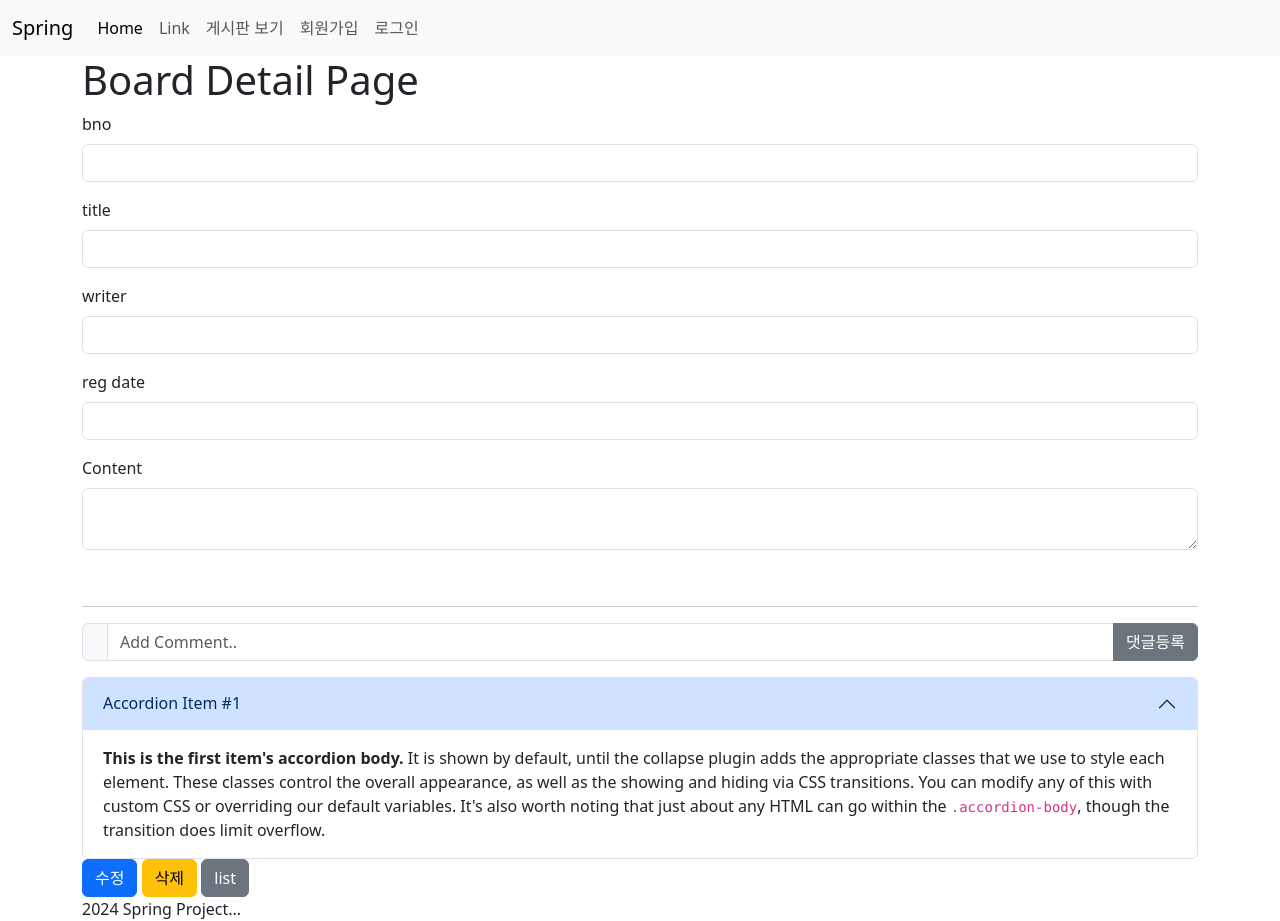
Repository: gajami-kim/240430_Spring_Study
Page: http://localhost/spring_study/WEB-INF/views/board/detail.jsp
These files come from the project's save history. The page is drawn as it stood at one moment and after the next save; the edit follows.
The browser window is 1280 px wide. The pictures show the whole page.
The page is served by Tomcat 9. Nobody is signed in. The template is opened directly, without the code that normally fills it, so the values that code supplies are empty.

Above is the page before, as saved 2024-04-26 02:47:42.

After the next save:
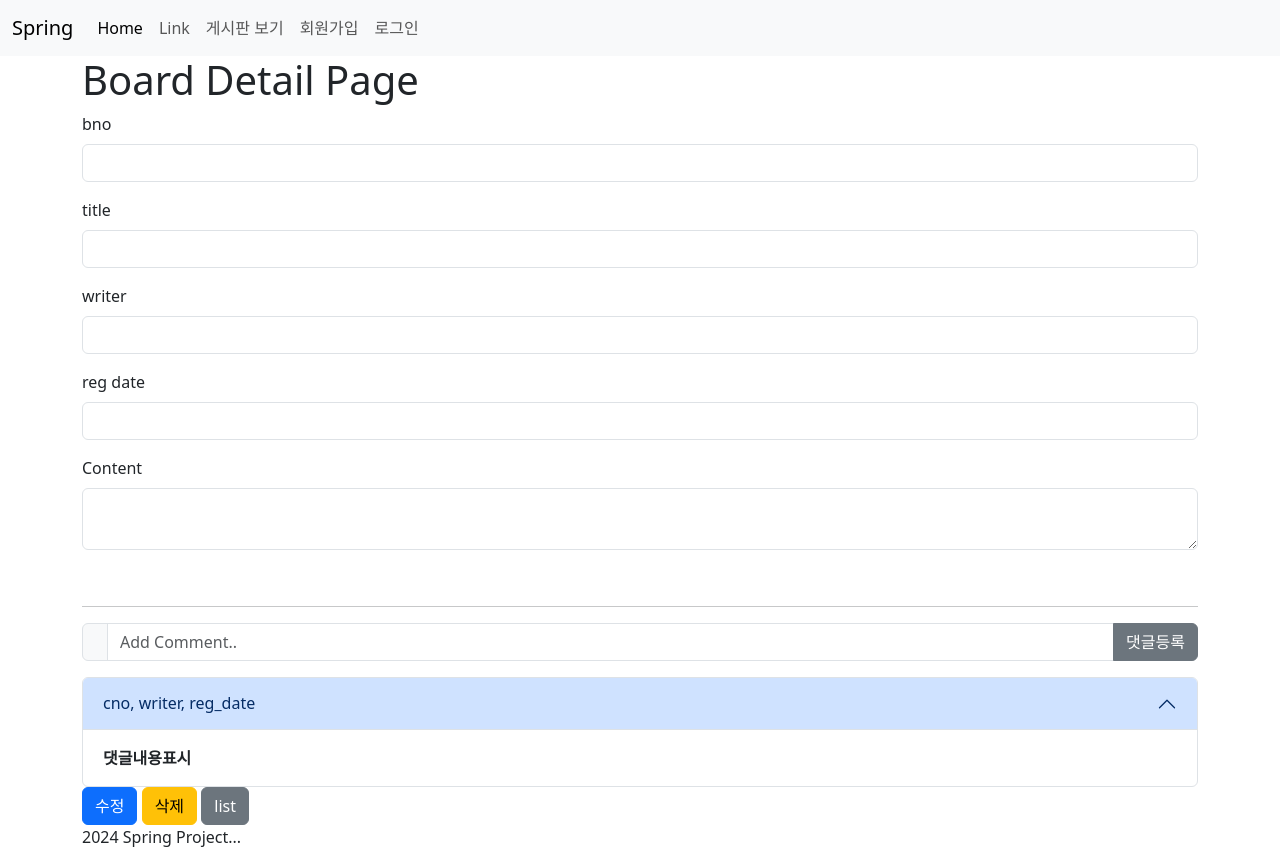
Saved 68 s later.
--- a/spring_study/src/main/webapp/WEB-INF/views/board/detail.jsp
+++ b/spring_study/src/main/webapp/WEB-INF/views/board/detail.jsp
@@ -41,12 +41,12 @@
 	  <div class="accordion-item">
 	    <h2 class="accordion-header">
 	      <button class="accordion-button" type="button" data-bs-toggle="collapse" data-bs-target="#collapseOne" aria-expanded="true" aria-controls="collapseOne">
-	        Accordion Item #1
+			cno, writer, reg_date
 	      </button>
 	    </h2>
 	    <div id="collapseOne" class="accordion-collapse collapse show" data-bs-parent="#accordionExample">
 	      <div class="accordion-body">
-	        <strong>This is the first item's accordion body.</strong> It is shown by default, until the collapse plugin adds the appropriate classes that we use to style each element. These classes control the overall appearance, as well as the showing and hiding via CSS transitions. You can modify any of this with custom CSS or overriding our default variables. It's also worth noting that just about any HTML can go within the <code>.accordion-body</code>, though the transition does limit overflow.
+	        <strong>댓글내용표시</strong>
 	      </div>
 	    </div>
 	  </div>
